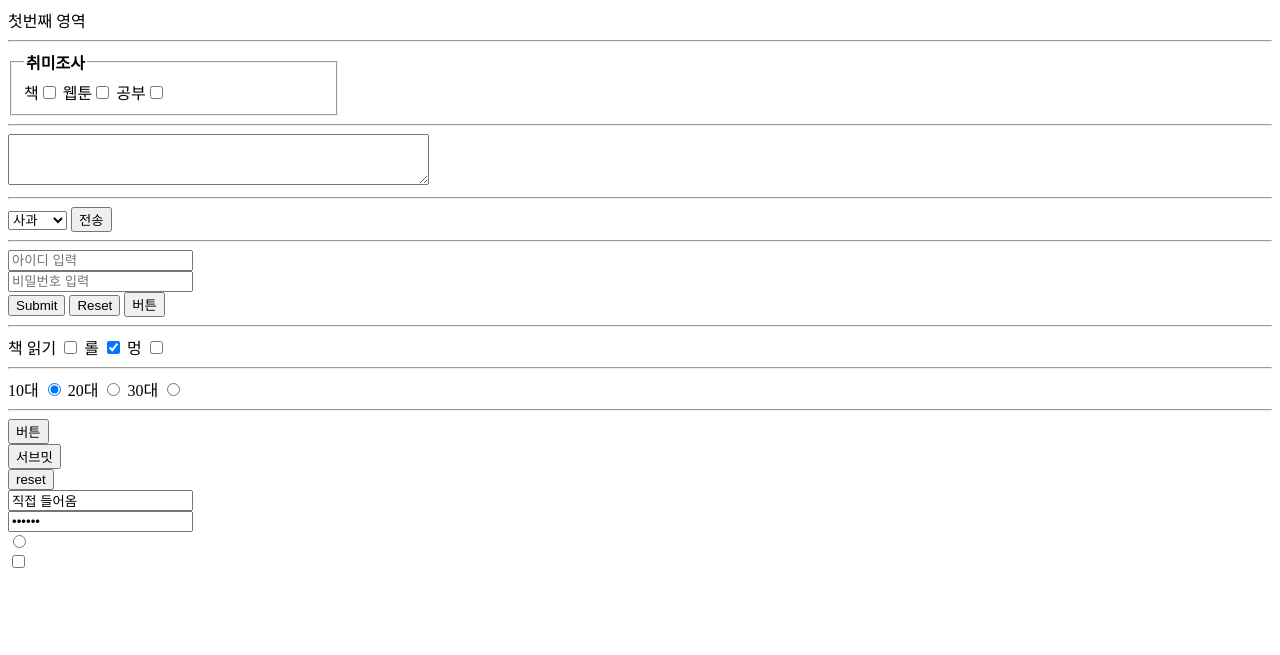
Repository: basstpgns/20201029html
Page: jsp/html/test02.html
The author's editor kept a copy of each file at every save. The page is drawn from the files as they stood at one save, then again after the next save.
The browser window is 1280 px wide. The pictures show the whole page.

Above is the page before, as saved 2020-10-30 01:46:10.

### jsp/html/test02.html
<!DOCTYPE html>
<html>
<head>
<meta charset="UTF-8">
<title>Insert title here</title>
</head>
<body>
	<div>첫번째 영역</div><!-- 블록 단위로 구분 -->
	<hr>
	<fieldset style="width: 300px;">
		<legend>
			<b>취미조사</b>
		</legend>
		책<input type="checkbox"> 웹툰<input type="checkbox"> 공부<input
			type="checkbox">
	</fieldset>
	<hr>
	<textarea rows="3" cols="50"></textarea>
	<hr>
	<form>
		<select size="1" name="select">
			<!-- 사용자가 선택한 값의 value를 넘겨준다.  -->
			<option value="사과11">사과
			<option value="배11">배
			<option value="복숭아11">복숭아
			<option value="수박11">수박
		</select>
		<button type="submit">전송</button>
	</form>
	<hr>
	<form action="test01.html" method="post">
		<!-- 버튼을 동작하기 위한 명령어 -->
		<input type="text" name="id" placeholder="아이디 입력"><br>
		<!--
			name에 입력한 값을 저장시키고 전달해준다. 변수를 만들어준다.
			method를 입력하지 않으면 기본값으로 get방식이 된다.
			get방식 : 사용자가 입력한 값을 url에 넘겨주는 방식 / 최대 256byte까지만 지원한다. / 용량이 적거나 다른 사용자에게 보여져도 상관없으면 get방식을 이용한다.
			post방식 : 데이터를 헤드에 붙혀서 넘겨주기 때문에  대용량데이터의 전달이 가능하다. / 데이터에 보안이 필요할 때 사용한다.
		 -->
		<input type="text" name="pw" placeholder="비밀번호 입력"> <br>
		<input type="submit" placeholder="로그인">
		<!-- submit은 무조건 form으로 묶어줘야 한다. 버튼이 눌렸을 때 action에 경로가 있다면 해당하는 경로로 이동한다. -->
		<input type="reset" placeholder="초기화"> <input type="button"
			value="버튼">
		<!-- 버튼은 다른방식을 이동해야 한다. -->
	</form>
	<hr>
	책 읽기
	<input type="checkbox"> 롤
	<input type="checkbox" checked> 멍
	<input type="checkbox">
	<hr>
	10대
	<input type="radio" name="age" checked> 20대
	<input type="radio" name="age"> 30대
	<input type="radio" name="age">
	<hr>
	<input type="button" value="버튼">
	<br>
	<input type="submit" value="서브밋">
	<br>
	<input type="reset" value="reset">
	<br>
	<input type="text" value="직접 들어옴">
	<br>
	<input type="password" value="직접 들어옴">
	<br>
	<input type="radio" value="">
	<br>
	<input type="checkbox" value="">
	<br>
</body>
</html>

After the next save:
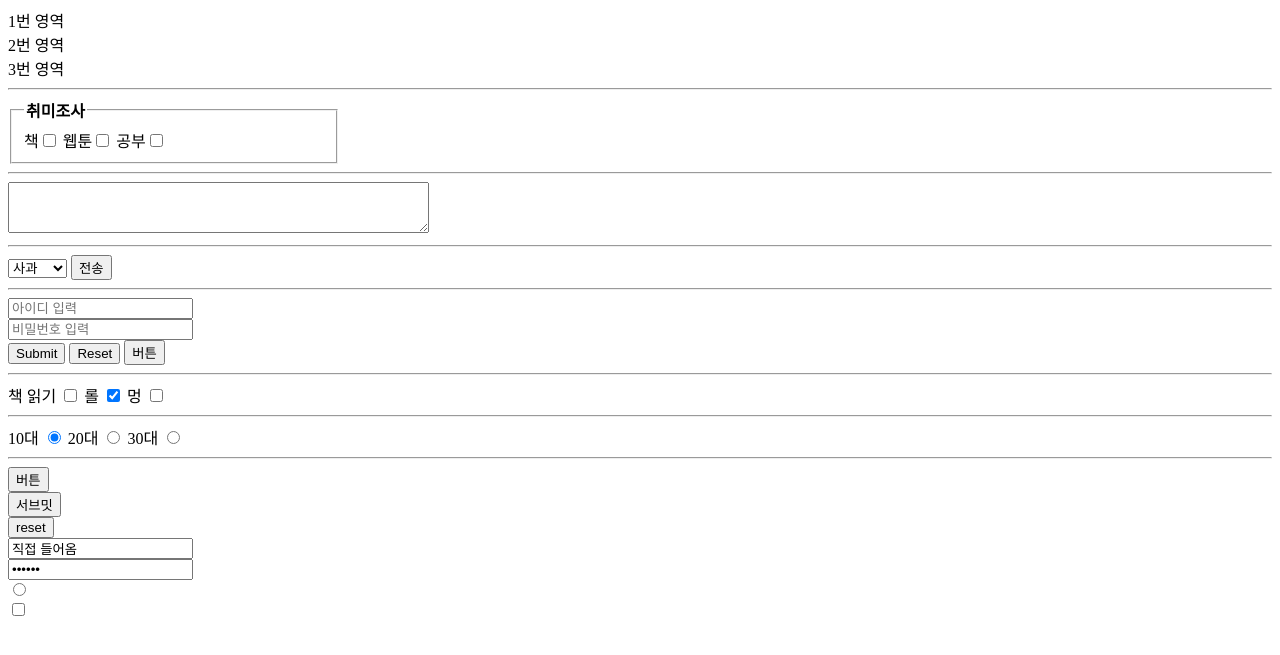
Saved 21 s later.
--- a/jsp/html/test02.html
+++ b/jsp/html/test02.html
@@ -5,7 +5,9 @@
 <title>Insert title here</title>
 </head>
 <body>
-	<div>첫번째 영역</div><!-- 블록 단위로 구분 -->
+	<div>1번 영역</div><!-- 블록 단위로 구분 -->
+	<div>2번 영역</div>
+	<div>3번 영역</div>
 	<hr>
 	<fieldset style="width: 300px;">
 		<legend>
